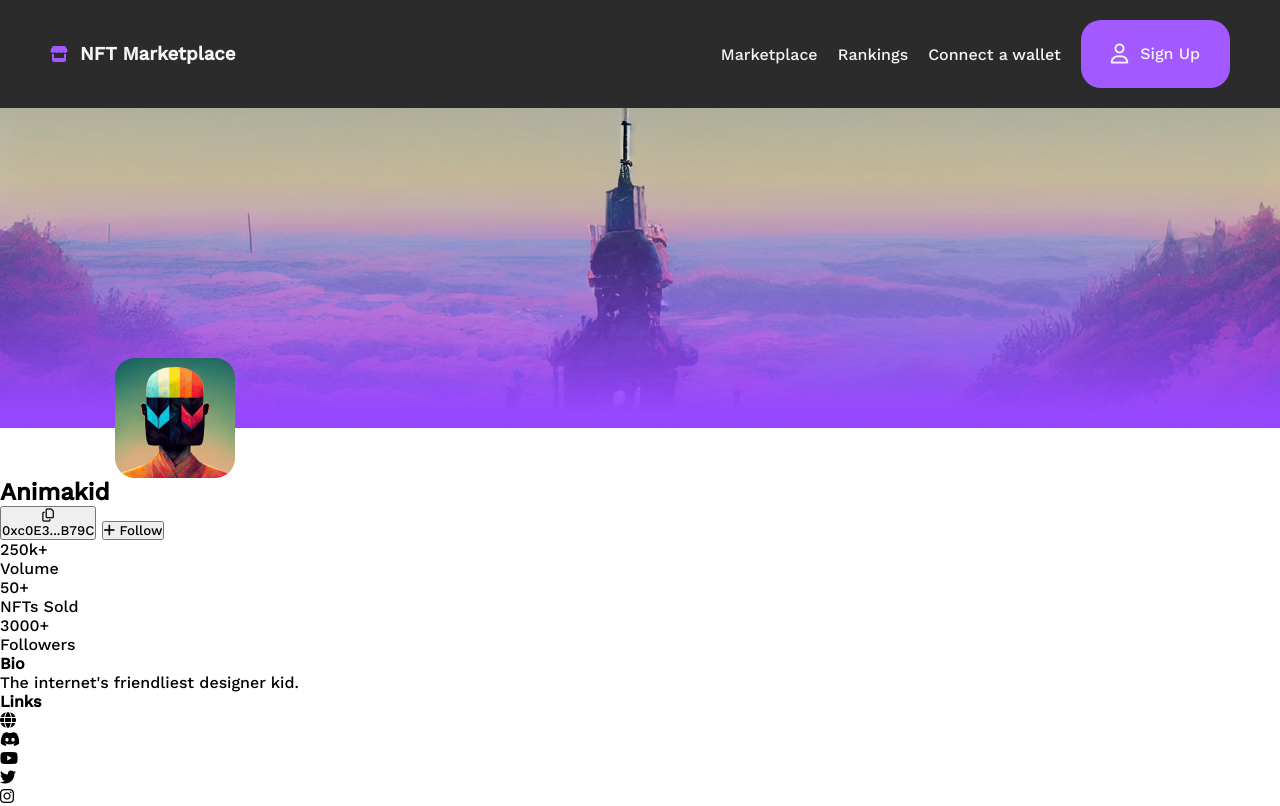
Repository: levananh202ht/NFT_Marketplace
Page: index.html
An editor plug-in stored every save of this project. The page is shown before and after the next save, followed by the edit.
The browser window is 1280 px wide. The pictures show the whole page.

Above is the page before, as saved 2023-12-09 13:34:00.

### index.html
<!DOCTYPE html>
<html lang="en">
<head>
    <meta charset="UTF-8">
    <meta name="viewport" content="width=device-width, initial-scale=1.0">
    <link rel="stylesheet" href="index.css">
    <link rel="stylesheet" href="responsive.css">
    <link rel="stylesheet" href="https://cdnjs.cloudflare.com/ajax/libs/font-awesome/6.5.1/css/all.min.css" integrity="sha512-DTOQO9RWCH3ppGqcWaEA1BIZOC6xxalwEsw9c2QQeAIftl+Vegovlnee1c9QX4TctnWMn13TZye+giMm8e2LwA==" crossorigin="anonymous" referrerpolicy="no-referrer" />
    <title>Document</title>
</head>
<body>
    <div class="nft_container">
        <!-- header -->
        <div class="nft_header">

            <div class="nft_header-left">
                <i class="fa-solid fa-store"></i>
                <h3>NFT Marketplace</h3>
            </div>

            <ul class="nft_header-right">
                <li class="nft_header-right-item">Marketplace</li>
                <li class="nft_header-right-item">Rankings</li>
                <li class="nft_header-right-item">Connect a wallet</li>
                <li class="nft_header-right-item">
                    <div>
                        <i class="fa-regular fa-user"></i>
                        <p>Sign Up</p>
                    </div>
                </li>
            </ul>

            <i class="icon-bar-responsive fa-solid fa-bars-staggered"></i>

        </div>
        <!-- profileImage -->
        <div class="nft_profileImage">
            <img src="./assets/images/Avatar Placeholder.png" alt="">
        </div>
        <!-- userInfo -->
        <div class="nft_userInfo">

            <div class="nft_userInfo-top">

                <h2>Animakid</h2>
                <button>
                    <i class="fa-regular fa-copy"></i>
                    <p>0xc0E3...B79C</p>
                </button>
                <button>
                    <i class="fa-solid fa-plus"></i>
                    Follow
                </button>

            </div>

            <div class="nft_userInfo-bottom">

                <div class="nft_userInfo-bottom-param">

                    <div>
                        <p>250k+</p>
                        <p>Volume</p>
                    </div>

                    <div>
                        <p>50+</p>
                        <p>NFTs Sold</p>
                    </div>

                    <div>
                        <p>3000+</p>
                        <p>Followers</p>
                    </div>

                </div>

                <div class="nft_userInfo-bottom-bio">

                    <h4>Bio</h4>
                    <p>The internet's friendliest designer kid.</p>

                </div>

                <div class="nft_userInfo-bottom-links">

                    <h4>Links</h4>
                    <ul>
                        <li>
                            <i class="fa-solid fa-globe"></i>
                        </li>
                        <li>
                            <i class="fa-brands fa-discord"></i>
                        </li>
                        <li>
                            <i class="fa-brands fa-youtube"></i>
                        </li>
                        <li>
                            <i class="fa-brands fa-twitter"></i>
                        </li>
                        <li>
                            <i class="fa-brands fa-instagram"></i>
                        </li>
                    </ul>

                </div>

            </div>

        </div>

        <div class="nft_tab"></div>

        <div class="nft_cardSection"></div>

        <div class="footer"></div>

    </div>
</body>
</html>

### index.css
@import url('https://fonts.googleapis.com/css2?family=Work+Sans:ital,wght@0,500;1,500&display=swap');

* {
    margin: 0;
    padding: 0;
    box-sizing: border-box;
    font-family: 'Work Sans', sans-serif;
}
    /* CSS header */
.nft_header {
    background: #2B2B2B;
    display: flex;
    justify-content: space-between;
    color: #F5F5F5;
    padding: 20px 50px;
}

.nft_header .nft_header-left {
    display: flex;
    align-items: center;
}
.nft_header .nft_header-left i {
    color: #A259FF;
}
.nft_header .nft_header-left h3 {
    margin-left: 12px;
}

.nft_header .nft_header-right {
    display: flex;
    list-style:  none;
    align-items: center;

}

.nft_header .nft_header-right .nft_header-right-item {
    margin-left: 20px;
    font-size: 16px;
}

.nft_header .nft_header-right .nft_header-right-item:last-child div {
    padding: 24px 30px;
    display: flex;
    border-radius: 20px;
    background: #A259FF;
}

.nft_header .nft_header-right .nft_header-right-item:last-child div i {
    font-size: 20px;
}

.nft_header .nft_header-right .nft_header-right-item:last-child div p {
    margin-left: 12px;
    font-size: 16px;
}
.nft_header .icon-bar-responsive {
    display: none;
}
    /* CSS profileImage */
.nft_profileImage {
    width: 100%;
    height: 320px;
    background-image: url("./assets/images/Image PlaceHolder.png");
    position: relative;

}

.nft_profileImage img {
    left: 9%;
    position: absolute;
    bottom: -50px;
}
    /* CSS userInfo */
.nft_userInfo {
    margin-top: 50px;
}
.nft_userInfo .nft_userInfo-top{

}

### responsive.css
@media screen and (max-width: 768px) {

    .nft_header{
        align-items: center;
    }

    .nft_header .nft_header-right {
        display: none;
    }
    .nft_header .icon-bar-responsive{
        display: block;
    }
}
@media screen and (max-width: 418px) {
    /* header */
    .nft_header{
        padding: 15px 30px;
    }
    /* profileImage */
    .nft_profileImage img{
        left: 34%;
    }

}

After the next save:
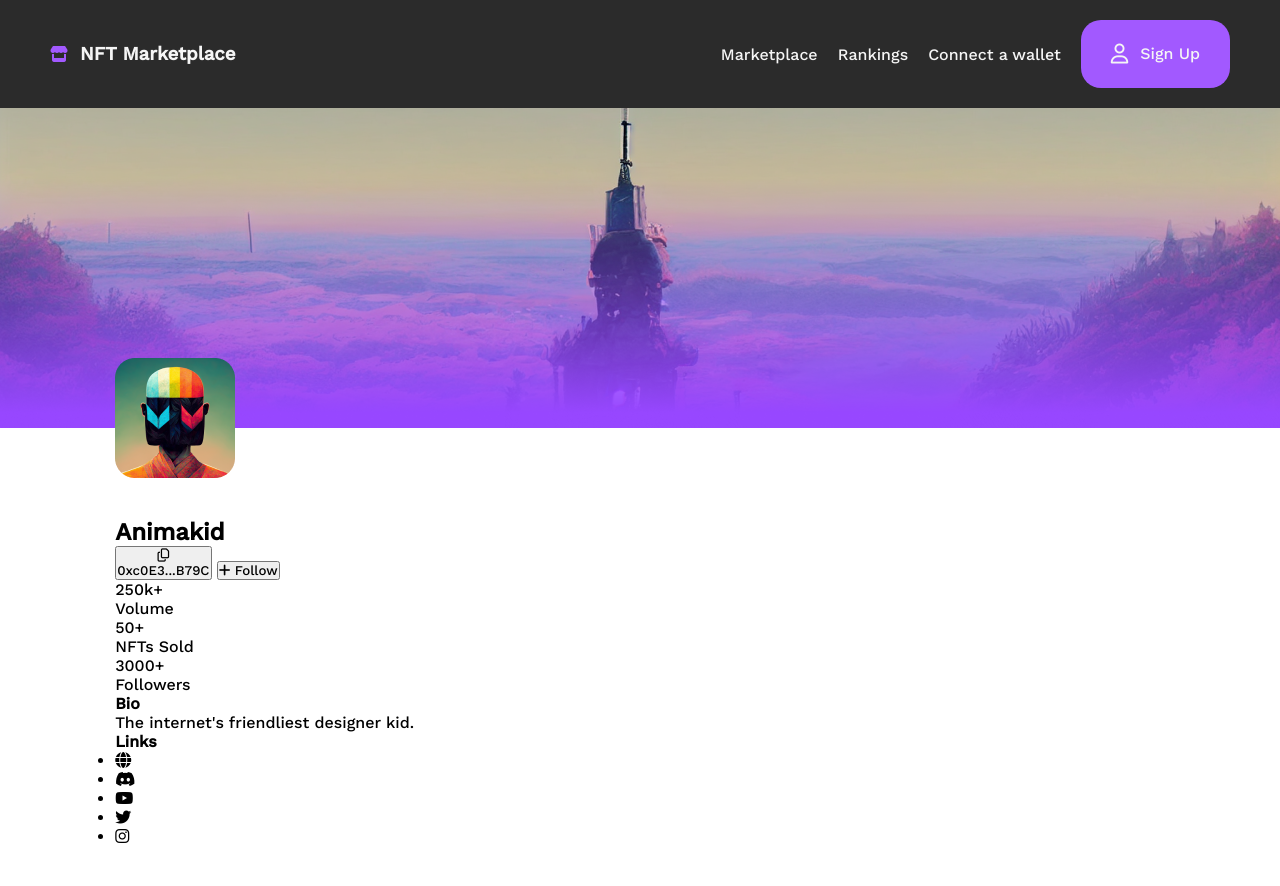
Saved 26 s later.
--- a/index.css
+++ b/index.css
@@ -73,6 +73,7 @@
     /* CSS userInfo */
 .nft_userInfo {
     margin-top: 50px;
+    padding: 40px 9%;
 }
 .nft_userInfo .nft_userInfo-top{
 
